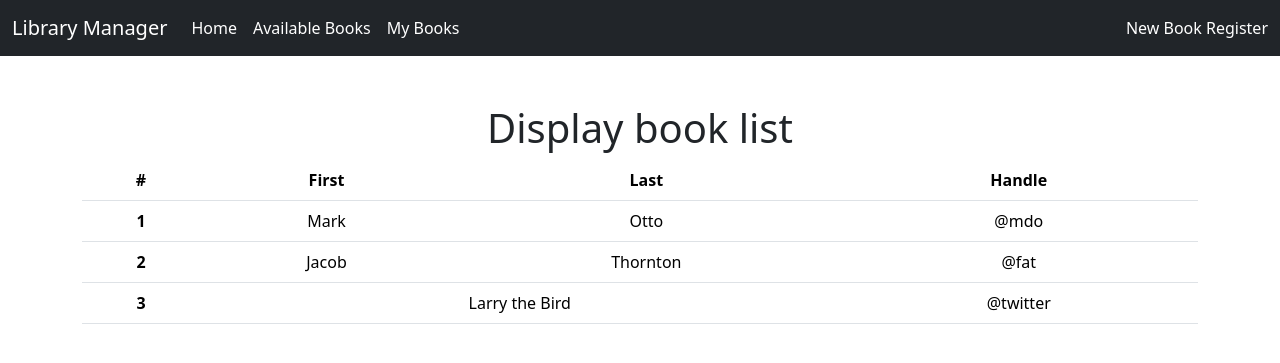
Repository: AkashCoder99/Spring-Libraray-Management
Page: http://localhost/bookList
An editor plug-in stored every save of this project. The page is shown before and after the next save, followed by the edit.
The browser window is 1280 px wide. The pictures show the whole page.
The page is this project's Thymeleaf template; nobody is signed in. The template is opened directly, without the code that normally fills it, so the values that code supplies are empty.

Above is the page before, as saved 2023-05-29 18:39:10.

After the next save:
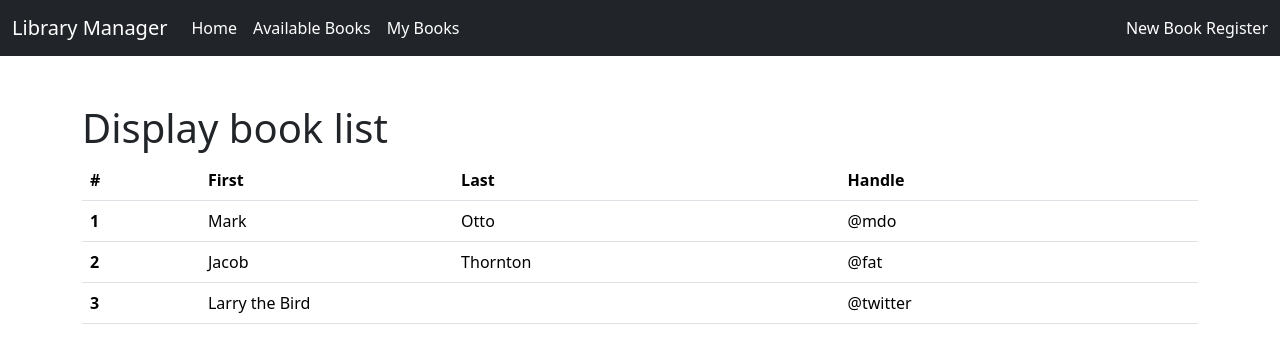
Saved 20 s later.
--- a/bookStore/src/main/resources/templates/bookList.html
+++ b/bookStore/src/main/resources/templates/bookList.html
@@ -37,7 +37,7 @@
 		</div>
 	</nav>
 
-	<div class="container text-center my-5">
+	<div class="container my-5">
 		<h1>Display book list</h1>
 		<table class="table table-stripped table-hover">
 			<thead>
